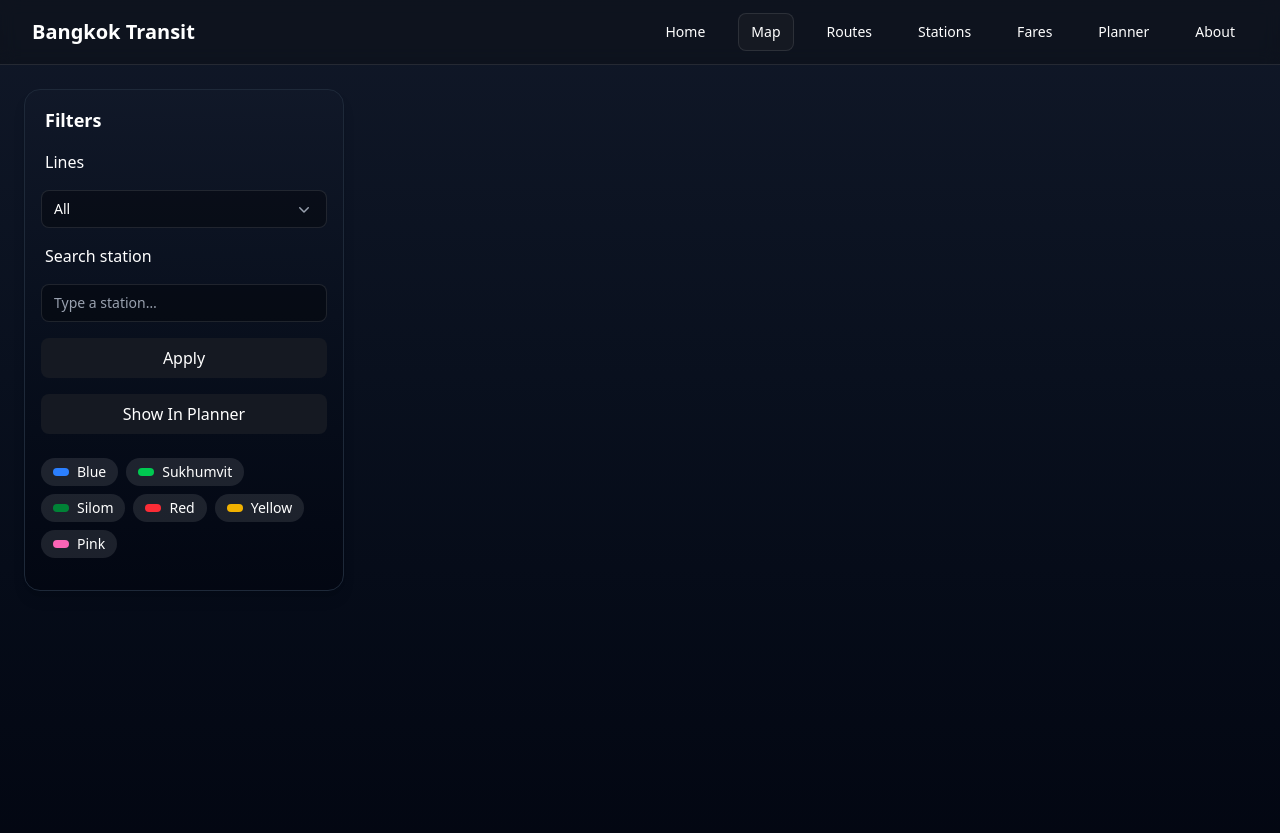
Repository: pyaestk/Bangkok-transit-map
Page: /map
An editor plug-in stored every save of this project. The page is shown before and after the next save, followed by the edit.
The browser window is 1280 px wide. The pictures show the whole page.
The project was rebuilt for these pictures with package versions that can differ from the ones it lists, and the page was loaded fresh each time. Also part of the build but not shown: vite.config.ts, src/pages/Home.tsx, src/pages/Planner.tsx, src/pages/Stations.tsx, src/pages/TrainRoutes.tsx, src/pages/Fares.tsx, src/pages/About.tsx.

Above is the page before, as saved 2025-10-04 11:44:33.

### index.html
<!doctype html>
<html lang="en">
  <head>
    <meta charset="UTF-8" />
    <link rel="icon" type="image/svg+xml" href="/vite.svg" />
    <meta name="viewport" content="width=device-width, initial-scale=1.0" />
    <title>bangkok-transit-map</title>
  </head>
  <body>
    <div id="root"></div>
    <script type="module" src="/src/main.tsx"></script>
  </body>
</html>

### src/main.tsx
import { StrictMode } from 'react'
import { createRoot } from 'react-dom/client'
import './index.css'
import App from './App.tsx'
import { BrowserRouter as Router } from 'react-router'

createRoot(document.getElementById('root')!).render(
  <StrictMode>
    <Router>
      <App />
    </Router>
  </StrictMode>,
)

### src/App.tsx
import "./App.css";
import NavBar from "./component/NavBar";
import { Routes, Route } from "react-router-dom";
import Home from "./pages/Home";
import Map from "./pages/Map";
import Planner from "./pages/Planner";
import Stations from "./pages/Stations";
import TrainRoutes from "./pages/TrainRoutes";
import Fares from "./pages/Fares";
import About from "./pages/About";


function App() {
  return (
    <div className="min-h-screen flex flex-col bg-gradient-to-b from-gray-900 to-gray-950">
      {/* Navbar at the top */}
      <NavBar />

      {/* Main content area */}
      <main className="flex-1 p-6">
        <Routes>
          <Route
            path="/"
            element={ <Home/> }
          />
          <Route
            path="/map"
            element={ <Map/> }
          />
          <Route
            path="/planner"
            element={ <Planner/>}
          />
          <Route
            path="/routes"
            element={<TrainRoutes/>}
          />
          <Route
            path="/stations"
            element={<Stations/>}
          />
          <Route
            path="/fares"
            element={<Fares/>}
          />
          <Route
            path="/about"
            element={<About/>}
          />
        </Routes>
      </main>
    </div>
  );
}

export default App;

### src/App.css
@import "tailwindcss";

:root {
  background: #0a0a0a;
}

### src/component/NavBar.tsx
import { NavLink } from "react-router-dom";
import { useState } from "react";

function NavBar() {
  const [open, setOpen] = useState(false);

  const baseClasses =
    "px-3 py-2 text-sm border border-transparent block text-center";
  const inactiveClasses = "text-white transition-colors";
  const activeClasses = "bg-[#151922] border rounded-lg text-white border-white/10";

  const links = [
    { to: "/", label: "Home" },
    { to: "/map", label: "Map" },
    { to: "/routes", label: "Routes" },
    { to: "/stations", label: "Stations" },
    { to: "/fares", label: "Fares" },
    { to: "/planner", label: "Planner" },
    { to: "/about", label: "About" },
  ];

  return (
    <nav className="sticky top-0 z-50 bg-[#0a0a0a4d] border-b border-white/10 backdrop-blur-[8px]">
      <div className="max-w-7xl mx-auto px-4 sm:px-6 lg:px-8">
        <div className="flex items-center justify-between h-16">
          {/* Left side (Logo / Brand) */}
          <div className="flex-shrink-0 text-white text-xl font-bold">
            Bangkok Transit
          </div>

          {/* Desktop links */}
          <div className="hidden md:flex space-x-5">
            {links.map((l) => (
              <NavLink
                key={l.to}
                to={l.to}
                className={({ isActive }) =>
                  `${baseClasses} ${isActive ? activeClasses : inactiveClasses}`
                }
              >
                {l.label}
              </NavLink>
            ))}
          </div>

          {/* Mobile hamburger button */}
          <div className="md:hidden">
            <button
              aria-label="Toggle menu"
              onClick={() => setOpen((s) => !s)}
              className="inline-flex items-center justify-center p-2 rounded-md text-white hover:bg-white/5 focus:outline-none focus:ring-2 focus:ring-white"
            >
              <span className="sr-only">Open main menu</span>
              {/* Hamburger / X icon */}
              <svg
                className={`h-6 w-6 ${open ? "hidden" : "block"}`}
                xmlns="http://www.w3.org/2000/svg"
                fill="none"
                viewBox="0 0 24 24"
                strokeWidth={2}
                stroke="currentColor"
                aria-hidden="true"
              >
                <path
                  strokeLinecap="round"
                  strokeLinejoin="round"
                  d="M3 6h18M3 12h18M3 18h18"
                />
              </svg>
              <svg
                className={`h-6 w-6 ${open ? "block" : "hidden"}`}
                xmlns="http://www.w3.org/2000/svg"
                fill="none"
                viewBox="0 0 24 24"
                strokeWidth={2}
                stroke="currentColor"
                aria-hidden="true"
              >
                <path
                  strokeLinecap="round"
                  strokeLinejoin="round"
                  d="M6 18L18 6M6 6l12 12"
                />
              </svg>
            </button>
          </div>
        </div>
      </div>

      {/* Mobile menu, shown when open is true */}
      <div className={`md:hidden ${open ? "block" : "hidden"} `}>
        <div className="px-2 pt-2 pb-3 space-y-1">
          {links.map((l) => (
            <NavLink
              key={l.to}
              to={l.to}
              onClick={() => setOpen(false)}
              className={({ isActive }) =>
                `${baseClasses} ${isActive ? activeClasses : inactiveClasses}`
              }
            >
              {l.label}
            </NavLink>
          ))}
        </div>
      </div>
    </nav>
  );
}

export default NavBar;

### src/pages/Map.tsx
import FiltersCard from "../component/mappage/FiltersCard";

export default function Map() {
  return (
    <div className="min-h-screen">
      <FiltersCard/>
    </div>
  )
}

### src/component/mappage/FiltersCard.tsx
import LinesDropdown from "./LinesDropdown";
export default function FiltersCard() {
  return (
    <div className="p-4 rounded-2xl bg-gradient-to-b from-gray-900 to-gray-950 border border-gray-800 shadow-lg w-80 text-white">
      <h2 className="text-lg font-bold mb-4 mx-1">Filters</h2>

      {/* Lines */}
      {/* <label className="block my-4 mx-1">Lines</label>
      <select className="w-full px-3 py-2 rounded-lg bg-black/30 border border-white/10 focus:outline-none text-sm">
        <option>All</option>
        <option>Blue</option>
        <option>Red</option>
        <option>Yellow</option>
      </select> */}
      <label className="block mb-2 mx-1 my-4">Lines</label>
      <LinesDropdown/>

      {/* Search station */}
      <label className="block my-4 mx-1">Search station</label>
      <input
        type="text"
        placeholder="Type a station…"
        className="w-full text-sm px-3 py-2 rounded-lg bg-black/30 border border-white/10 placeholder-gray-400 focus:outline-none"
      />

      {/* Buttons */}
      <div className="flex flex-col space-y-4 mt-4">
        <button className="px-4 py-2 rounded-lg bg-[#151922] text-white hover:bg-white/10">
          Apply
        </button>
        <button className="px-4 py-2 rounded-lg bg-[#151922] text-white hover:bg-white/10">
          Show In Planner
        </button>
      </div>

      {/* Line Pills */}
      <div className="flex flex-wrap gap-2 mt-6 mb-4 text-sm">
        <span className="flex items-center px-3 py-1 rounded-full bg-white/10">
          <span className="w-4 h-2 rounded-full bg-blue-500 mr-2"></span>
          Blue
        </span>
        <span className="flex items-center px-3 py-1 rounded-full bg-white/10">
          <span className="w-4 h-2 rounded-full bg-green-500 mr-2"></span>
          Sukhumvit
        </span>
        <span className="flex items-center px-3 py-1 rounded-full bg-white/10">
          <span className="w-4 h-2 rounded-full bg-green-700 mr-2"></span>
          Silom
        </span>
        <span className="flex items-center px-3 py-1 rounded-full bg-white/10">
          <span className="w-4 h-2 rounded-full bg-red-500 mr-2"></span> Red
        </span>
        <span className="flex items-center px-3 py-1 rounded-full bg-white/10">
          <span className="w-4 h-2 rounded-full bg-yellow-500 mr-2"></span>{" "}
          Yellow
        </span>
        <span className="flex items-center px-3 py-1 rounded-full bg-white/10">
          <span className="w-4 h-2 rounded-full bg-pink-400 mr-2"></span> Pink
        </span>
      </div>
    </div>
  );
}

### src/component/mappage/LinesDropdown.tsx
import { useState } from "react"
import { Menu, MenuButton, MenuItem, MenuItems } from "@headlessui/react"
import { ChevronDownIcon } from "@heroicons/react/20/solid"

export default function LinesDropdown({ onSelect }) {
  const [selected, setSelected] = useState("All")
  const options = ["All", "Blue", "Red", "Yellow"]

  const handleSelect = (option) => {
    setSelected(option)          // update local state
    if (onSelect) onSelect(option) // call parent callback
  }

  return (
    <div className="my-4">
      <Menu as="div" className="relative w-full">
        <MenuButton className="inline-flex w-full justify-between rounded-lg bg-black/30 px-3 py-2 text-sm text-white border border-white/10 hover:bg-white/10 focus:outline-none">
          {selected}
          <ChevronDownIcon aria-hidden="true" className="h-5 w-5 text-gray-400" />
        </MenuButton>

        <MenuItems
          transition
          className="absolute left-0 z-10 mt-2 w-full origin-top rounded-md bg-gray-800 border border-white/10 shadow-lg focus:outline-none"
        >
          <div className="py-1">
            {options.map((option) => (
              <MenuItem key={option}>
                {({ focus }) => (
                  <button
                    onClick={() => handleSelect(option)}
                    className={`block w-full px-4 py-2 text-left text-sm ${
                      focus ? "bg-white/5 text-white" : "text-gray-300"
                    }`}
                  >
                    {option}
                  </button>
                )}
              </MenuItem>
            ))}
          </div>
        </MenuItems>
      </Menu>
    </div>
  )
}

Loaded but not shown: src/index.css (common file)

After the next save:
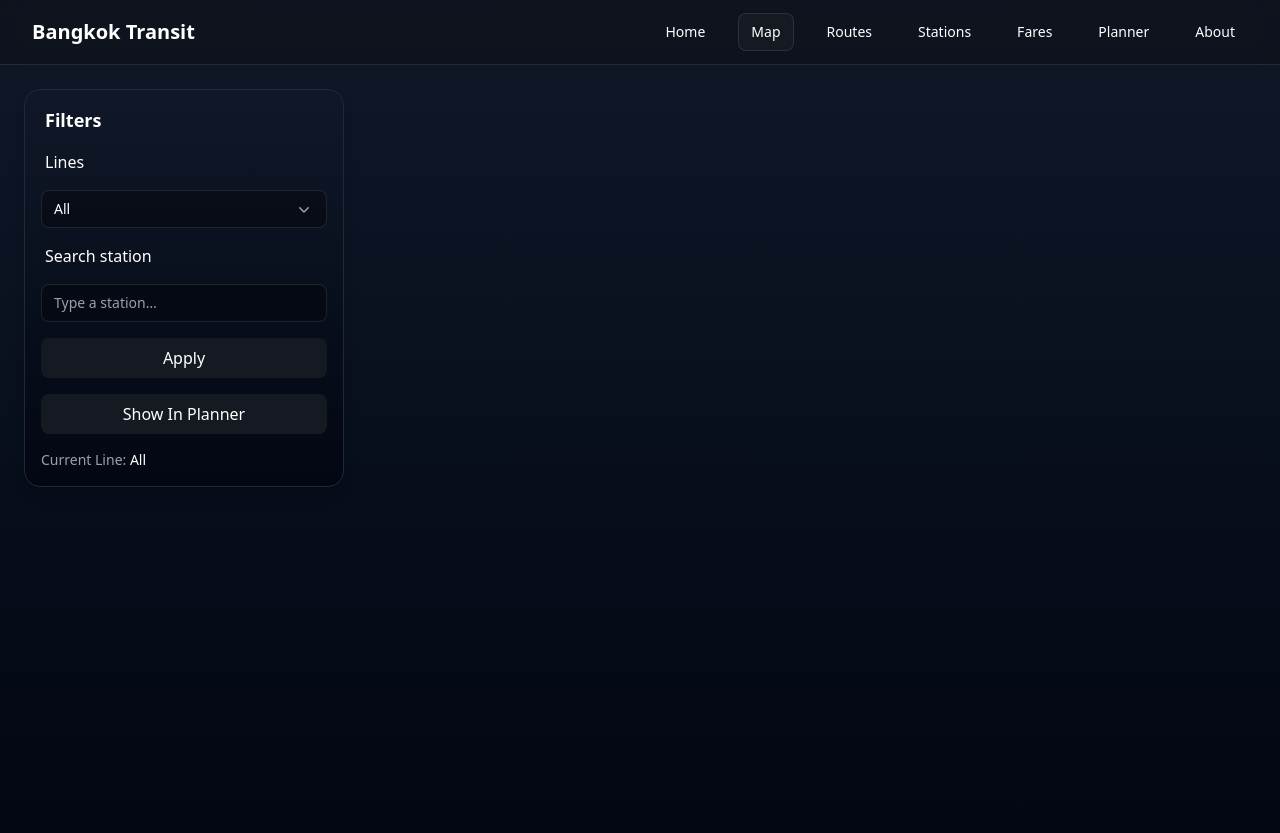
Saved 14 s later.
--- a/src/component/mappage/FiltersCard.tsx
+++ b/src/component/mappage/FiltersCard.tsx
@@ -1,19 +1,21 @@
-import LinesDropdown from "./LinesDropdown";
+import { useState } from "react"
+import LinesDropdown from "./LinesDropdown"
+
 export default function FiltersCard() {
+  const [selectedLine, setSelectedLine] = useState("All")
+
+  const handleLineChange = (line) => {
+    console.log("Selected line:", line)
+    setSelectedLine(line)
+  }
+
   return (
     <div className="p-4 rounded-2xl bg-gradient-to-b from-gray-900 to-gray-950 border border-gray-800 shadow-lg w-80 text-white">
       <h2 className="text-lg font-bold mb-4 mx-1">Filters</h2>
 
       {/* Lines */}
-      {/* <label className="block my-4 mx-1">Lines</label>
-      <select className="w-full px-3 py-2 rounded-lg bg-black/30 border border-white/10 focus:outline-none text-sm">
-        <option>All</option>
-        <option>Blue</option>
-        <option>Red</option>
-        <option>Yellow</option>
-      </select> */}
       <label className="block mb-2 mx-1 my-4">Lines</label>
-      <LinesDropdown/>
+      <LinesDropdown onSelect={handleLineChange} />
 
       {/* Search station */}
       <label className="block my-4 mx-1">Search station</label>
@@ -33,31 +35,10 @@
         </button>
       </div>
 
-      {/* Line Pills */}
-      <div className="flex flex-wrap gap-2 mt-6 mb-4 text-sm">
-        <span className="flex items-center px-3 py-1 rounded-full bg-white/10">
-          <span className="w-4 h-2 rounded-full bg-blue-500 mr-2"></span>
-          Blue
-        </span>
-        <span className="flex items-center px-3 py-1 rounded-full bg-white/10">
-          <span className="w-4 h-2 rounded-full bg-green-500 mr-2"></span>
-          Sukhumvit
-        </span>
-        <span className="flex items-center px-3 py-1 rounded-full bg-white/10">
-          <span className="w-4 h-2 rounded-full bg-green-700 mr-2"></span>
-          Silom
-        </span>
-        <span className="flex items-center px-3 py-1 rounded-full bg-white/10">
-          <span className="w-4 h-2 rounded-full bg-red-500 mr-2"></span> Red
-        </span>
-        <span className="flex items-center px-3 py-1 rounded-full bg-white/10">
-          <span className="w-4 h-2 rounded-full bg-yellow-500 mr-2"></span>{" "}
-          Yellow
-        </span>
-        <span className="flex items-center px-3 py-1 rounded-full bg-white/10">
-          <span className="w-4 h-2 rounded-full bg-pink-400 mr-2"></span> Pink
-        </span>
-      </div>
+      {/* Example: show selected line */}
+      <p className="mt-4 text-sm text-gray-400">
+        Current Line: <span className="text-white">{selectedLine}</span>
+      </p>
     </div>
-  );
+  )
 }

After the save that followed:
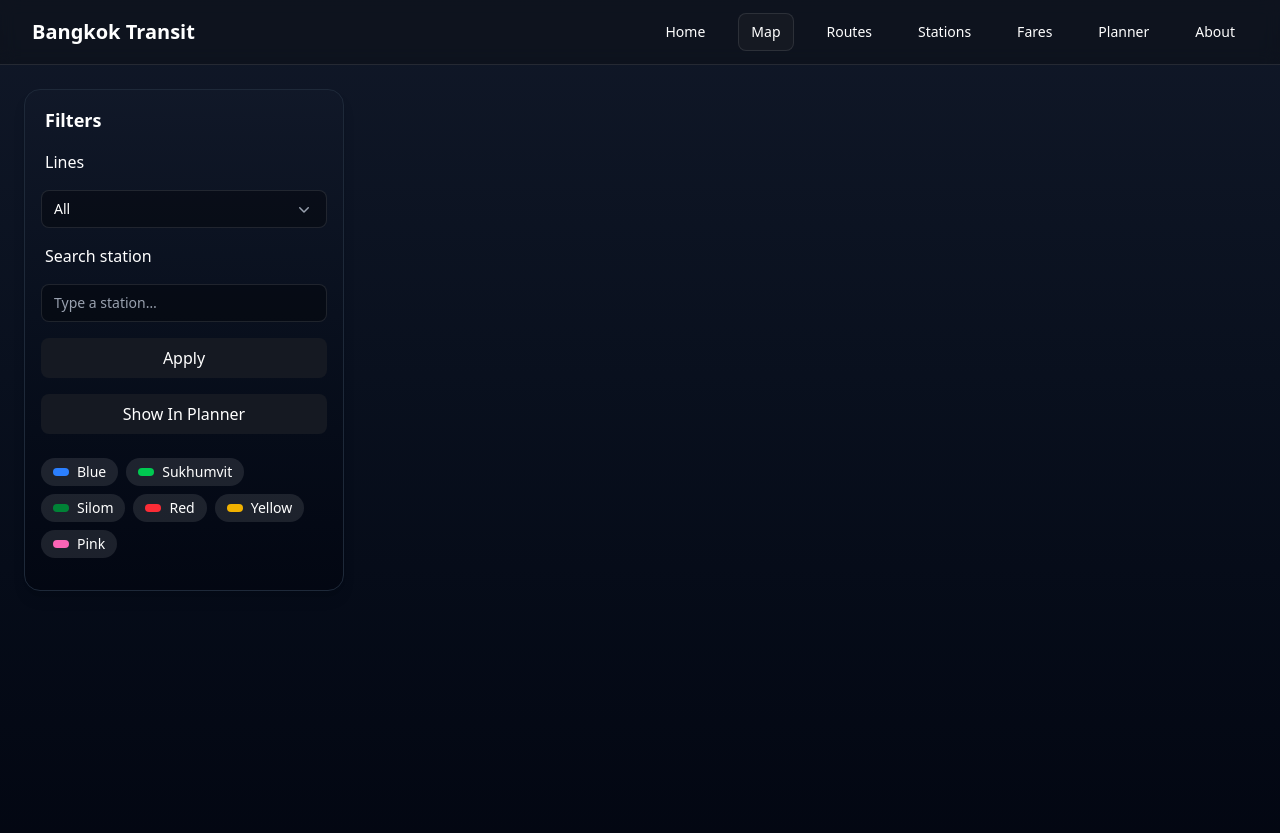
Saved 13 s later.
--- a/src/component/mappage/FiltersCard.tsx
+++ b/src/component/mappage/FiltersCard.tsx
@@ -1,21 +1,19 @@
-import { useState } from "react"
-import LinesDropdown from "./LinesDropdown"
-
+import LinesDropdown from "./LinesDropdown";
 export default function FiltersCard() {
-  const [selectedLine, setSelectedLine] = useState("All")
-
-  const handleLineChange = (line) => {
-    console.log("Selected line:", line)
-    setSelectedLine(line)
-  }
-
   return (
     <div className="p-4 rounded-2xl bg-gradient-to-b from-gray-900 to-gray-950 border border-gray-800 shadow-lg w-80 text-white">
       <h2 className="text-lg font-bold mb-4 mx-1">Filters</h2>
 
       {/* Lines */}
+      {/* <label className="block my-4 mx-1">Lines</label>
+      <select className="w-full px-3 py-2 rounded-lg bg-black/30 border border-white/10 focus:outline-none text-sm">
+        <option>All</option>
+        <option>Blue</option>
+        <option>Red</option>
+        <option>Yellow</option>
+      </select> */}
       <label className="block mb-2 mx-1 my-4">Lines</label>
-      <LinesDropdown onSelect={handleLineChange} />
+      <LinesDropdown/>
 
       {/* Search station */}
       <label className="block my-4 mx-1">Search station</label>
@@ -35,10 +33,31 @@
         </button>
       </div>
 
-      {/* Example: show selected line */}
-      <p className="mt-4 text-sm text-gray-400">
-        Current Line: <span className="text-white">{selectedLine}</span>
-      </p>
+      {/* Line Pills */}
+      <div className="flex flex-wrap gap-2 mt-6 mb-4 text-sm">
+        <span className="flex items-center px-3 py-1 rounded-full bg-white/10">
+          <span className="w-4 h-2 rounded-full bg-blue-500 mr-2"></span>
+          Blue
+        </span>
+        <span className="flex items-center px-3 py-1 rounded-full bg-white/10">
+          <span className="w-4 h-2 rounded-full bg-green-500 mr-2"></span>
+          Sukhumvit
+        </span>
+        <span className="flex items-center px-3 py-1 rounded-full bg-white/10">
+          <span className="w-4 h-2 rounded-full bg-green-700 mr-2"></span>
+          Silom
+        </span>
+        <span className="flex items-center px-3 py-1 rounded-full bg-white/10">
+          <span className="w-4 h-2 rounded-full bg-red-500 mr-2"></span> Red
+        </span>
+        <span className="flex items-center px-3 py-1 rounded-full bg-white/10">
+          <span className="w-4 h-2 rounded-full bg-yellow-500 mr-2"></span>{" "}
+          Yellow
+        </span>
+        <span className="flex items-center px-3 py-1 rounded-full bg-white/10">
+          <span className="w-4 h-2 rounded-full bg-pink-400 mr-2"></span> Pink
+        </span>
+      </div>
     </div>
-  )
+  );
 }
